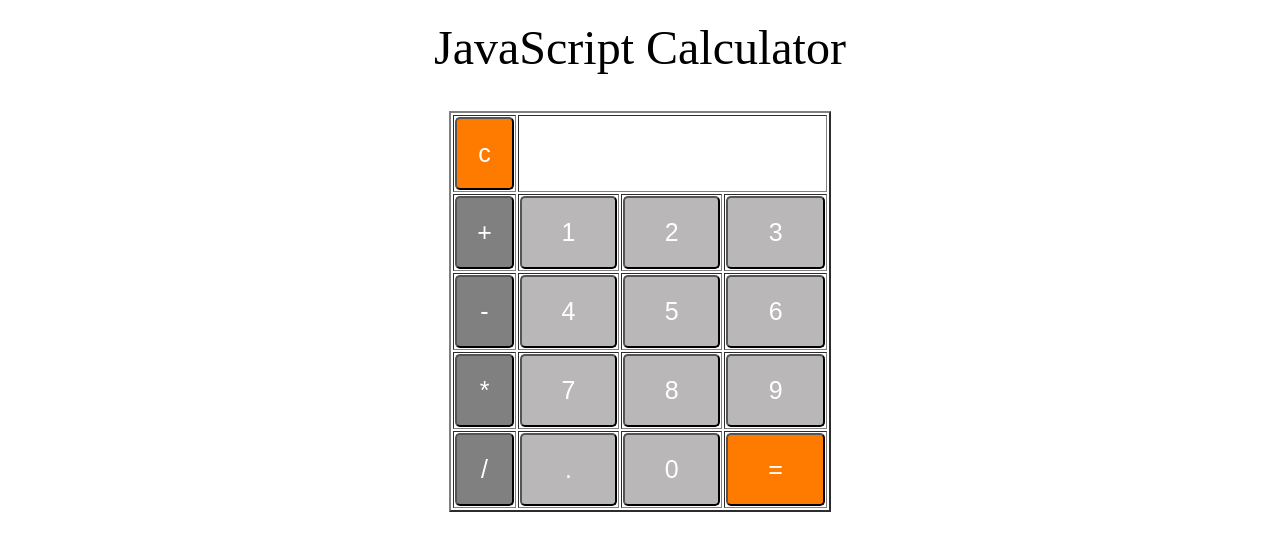
Repository: spidero7/Simple-Calculator
Page: index.html
An editor plug-in stored every save of this project. The page is shown before and after the next save, followed by the edit.
The browser window is 1280 px wide. The pictures show the whole page.

Above is the page before, as saved 2021-09-16 07:42:41.

After the next save:
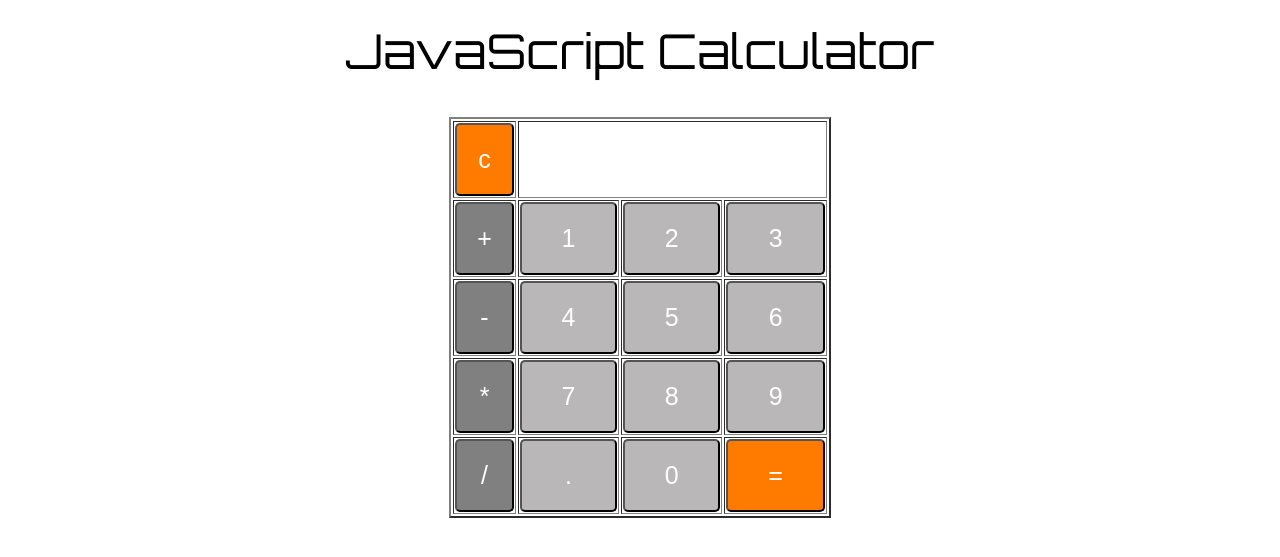
Saved 16 s later.
--- a/style.css
+++ b/style.css
@@ -5,6 +5,7 @@
 body {
     margin: 0;
     padding: 0;
+    font-family: 'Orbitron', sans-serif;
 }
 
 .calculator-container {
